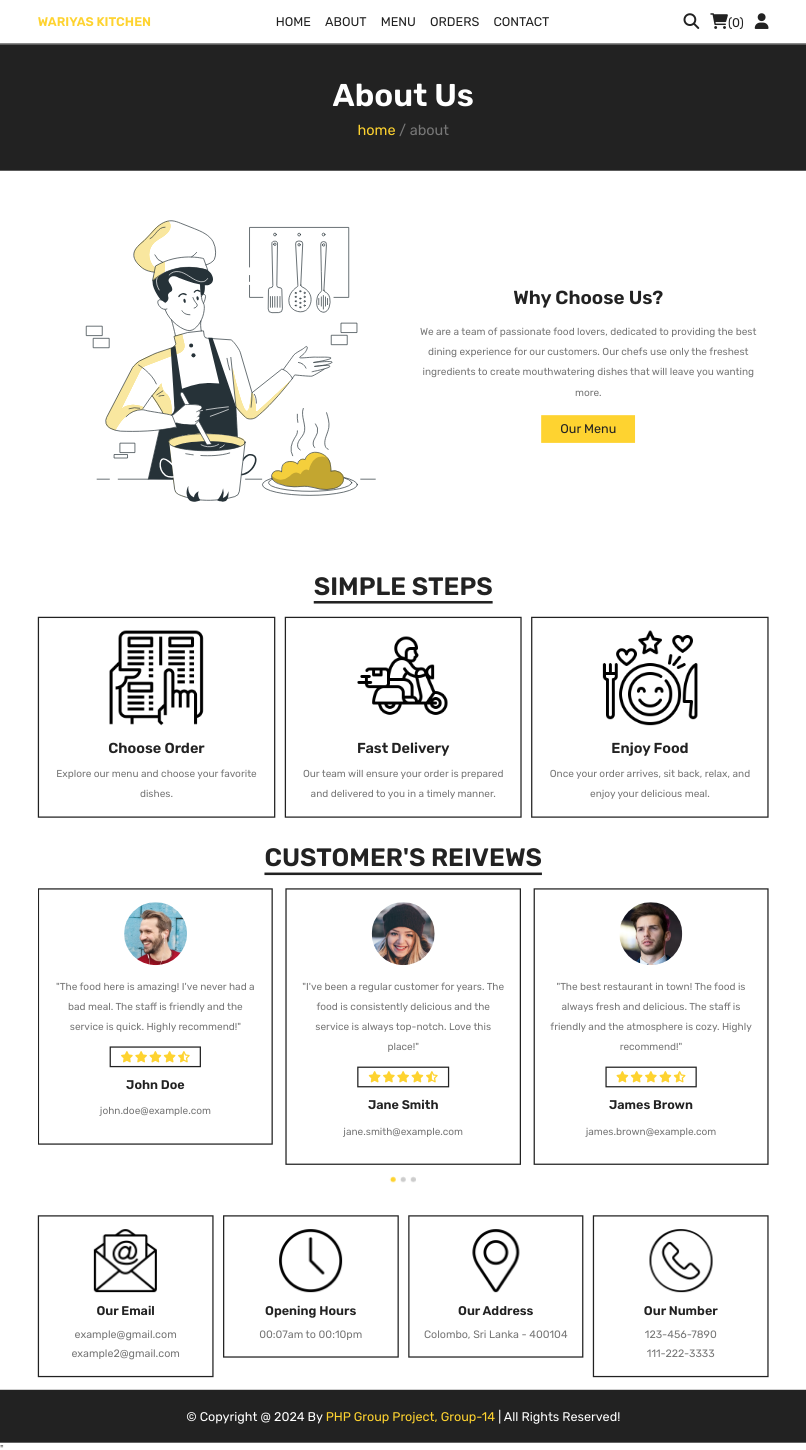
Repository: navodniwarshana/food_order_site
Page: http://localhost/about.php
The author's editor kept a copy of each file at every save. The page is drawn from the files as they stood at one save, then again after the next save.
The browser window is 1280 px wide. The pictures show the whole page, at 63% of full size.
Some web libraries are served in a nearby version. The page is run by PHP 8.4 with error messages shown; the project is at /var/www/html/. Queries for data that is not in the repository find no rows.

Above is the page before, as saved 2024-09-28 17:46:20.
Console error: TypeError: Cannot read properties of null (reading 'style')

After the next save:
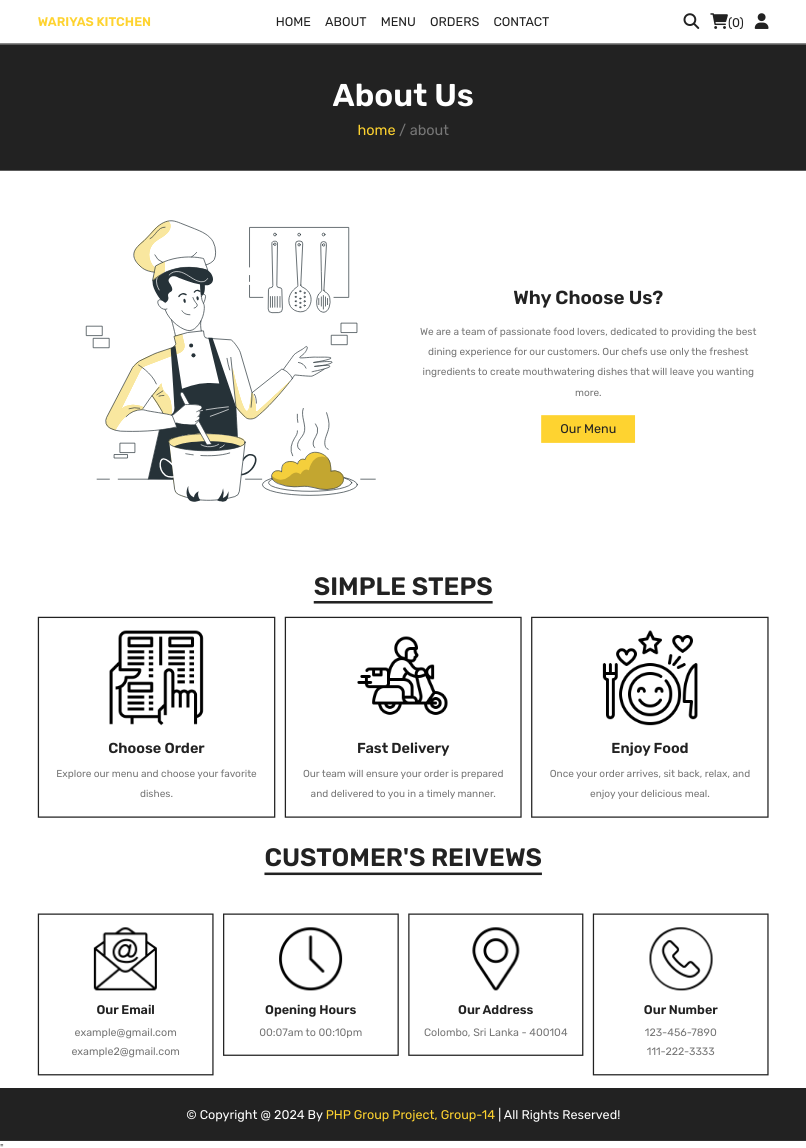
Saved 21 min 17 s later.
--- a/about.php
+++ b/about.php
@@ -104,47 +104,28 @@ if(isset($_SESSION['user_id'])){
 
       <div class="swiper-wrapper">
 
-         <div class="swiper-slide slide">
-            <img src="images/pic-1.png" alt="">
-            <p>"The food here is amazing! I've never had a bad meal. The staff is friendly and the service is quick. Highly recommend!"</p>
-            <div class="stars">
-               <i class="fas fa-star"></i>
-               <i class="fas fa-star"></i>
-               <i class="fas fa-star"></i>
-               <i class="fas fa-star"></i>
-               <i class="fas fa-star-half-alt"></i>
-            </div>
-            <h3>John Doe</h3>
-            <p>john.doe@example.com</p>
-         </div>
+         <?php
+         $select_reviews = $conn->prepare("SELECT * FROM `reviews`");
+         $select_reviews->execute();
+         $reviews = $select_reviews->fetchAll(PDO::FETCH_ASSOC);
 
-         <div class="swiper-slide slide">
-            <img src="images/pic-2.png" alt="">
-            <p>"I've been a regular customer for years. The food is consistently delicious and the service is always top-notch. Love this place!"</p>
-            <div class="stars">
-               <i class="fas fa-star"></i>
-               <i class="fas fa-star"></i>
-               <i class="fas fa-star"></i>
-               <i class="fas fa-star"></i>
-               <i class="fas fa-star-half-alt"></i>
-            </div>
-            <h3>Jane Smith</h3>
-            <p>jane.smith@example.com</p>
-         </div>
-
-         <div class="swiper-slide slide">
-            <img src="images/pic-3.png" alt="">
-            <p>"The best restaurant in town! The food is always fresh and delicious. The staff is friendly and the atmosphere is cozy. Highly recommend!"</p>
-            <div class="stars">
-               <i class="fas fa-star"></i>
-               <i class="fas fa-star"></i>
-               <i class="fas fa-star"></i>
-               <i class="fas fa-star"></i>
-               <i class="fas fa-star-half-alt"></i>
-            </div>
-            <h3>James Brown</h3>
-            <p>james.brown@example.com</p>
-         </div>
+         foreach($reviews as $review){
+            echo '<div class="swiper-slide slide">';
+            echo '<img src="images/pic-1.png" alt="">';
+            echo '<p>"'.$review['review'].'"';
+            echo '<div class="stars">';
+            for($i = 0; $i < $review['rating']; $i++){
+               echo '<i class="fas fa-star"></i>';
+            }
+            if($review['rating'] % 1 != 0){
+               echo '<i class="fas fa-star-half-alt"></i>';
+            }
+            echo '</div>';
+            echo '<h3>'.$review['name'].'</h3>';
+            echo '<p>'.$review['email'].'</p>';
+            echo '</div>';
+         }
+         ?>
 
       </div>
 
